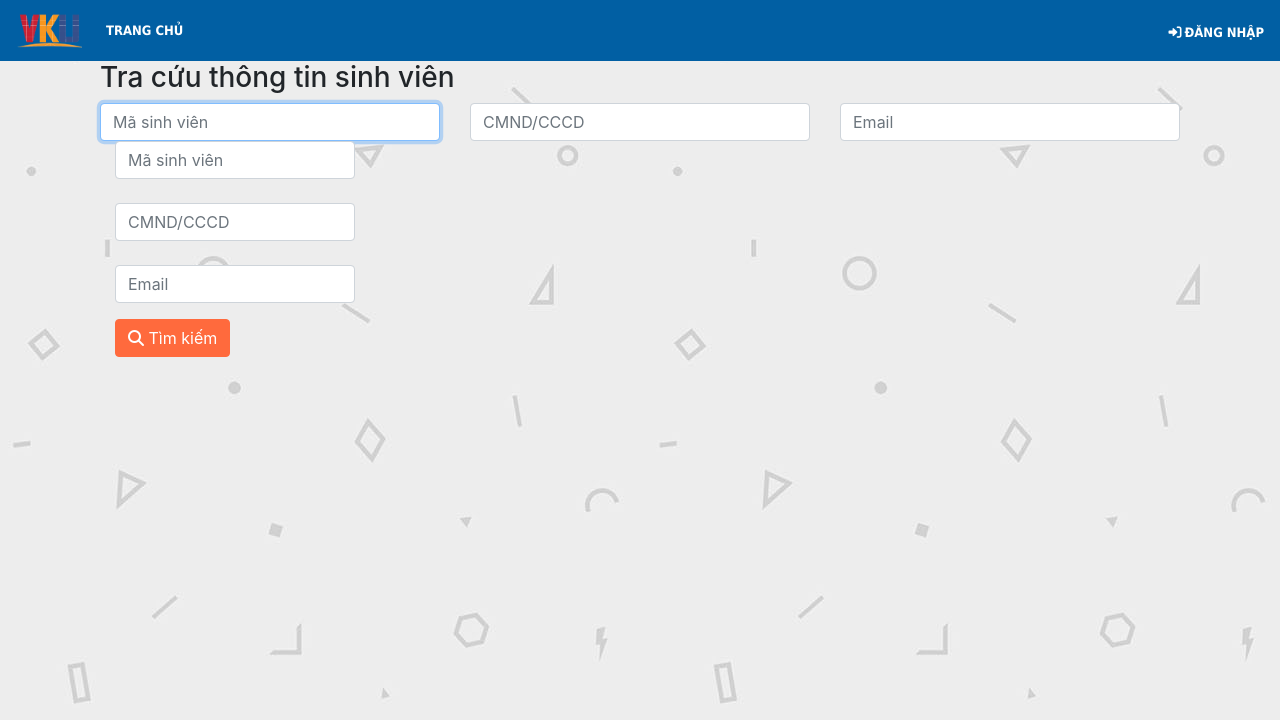
Repository: nguyenmanhtruongdat/javaServletFinalEx
Page: http://localhost/test/editInfor.jsp
These files come from the project's save history. The page is drawn as it stood at one moment and after the next save; the edit follows.
The browser window is 1280 px wide. The pictures show the whole page.
Some web libraries are served in a nearby version. The page is served by Tomcat 9.

Above is the page before, as saved 2022-07-06 15:01:38.
Console error: TypeError: $(...).datepicker is not a function

After the next save:
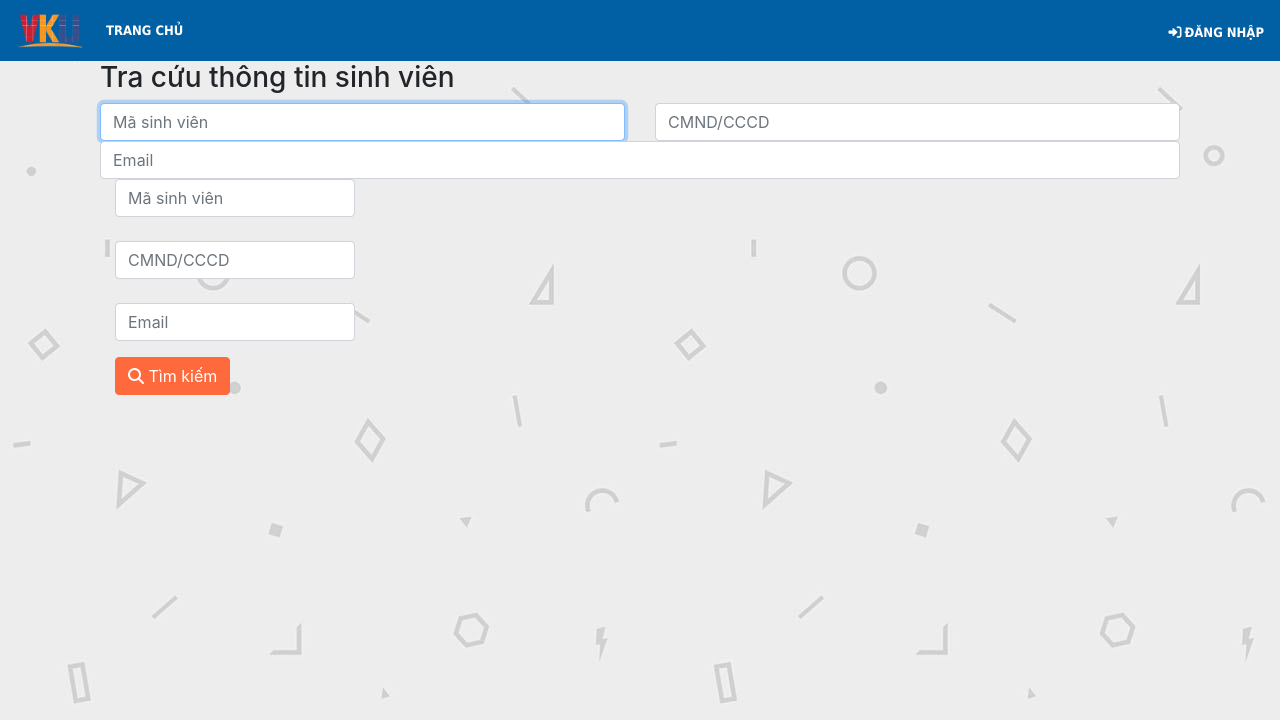
Saved 23 s later.
--- a/vku/ktx/test/src/main/webapp/editInfor.jsp
+++ b/vku/ktx/test/src/main/webapp/editInfor.jsp
@@ -175,7 +175,9 @@
 										placeholder="CMND/CCCD" autocomplete="off"
 										required="required" autofocus="1" type="text">
 					    </div>
-					    <div class="col">
+					  </div>
+					  <div class="row">
+					  					    <div class="col">
 					      <input class="form-control" name="email" id="email"
 										placeholder="Email" autocomplete="off"
 										required="required" autofocus="1" type="text">

After the save that followed:
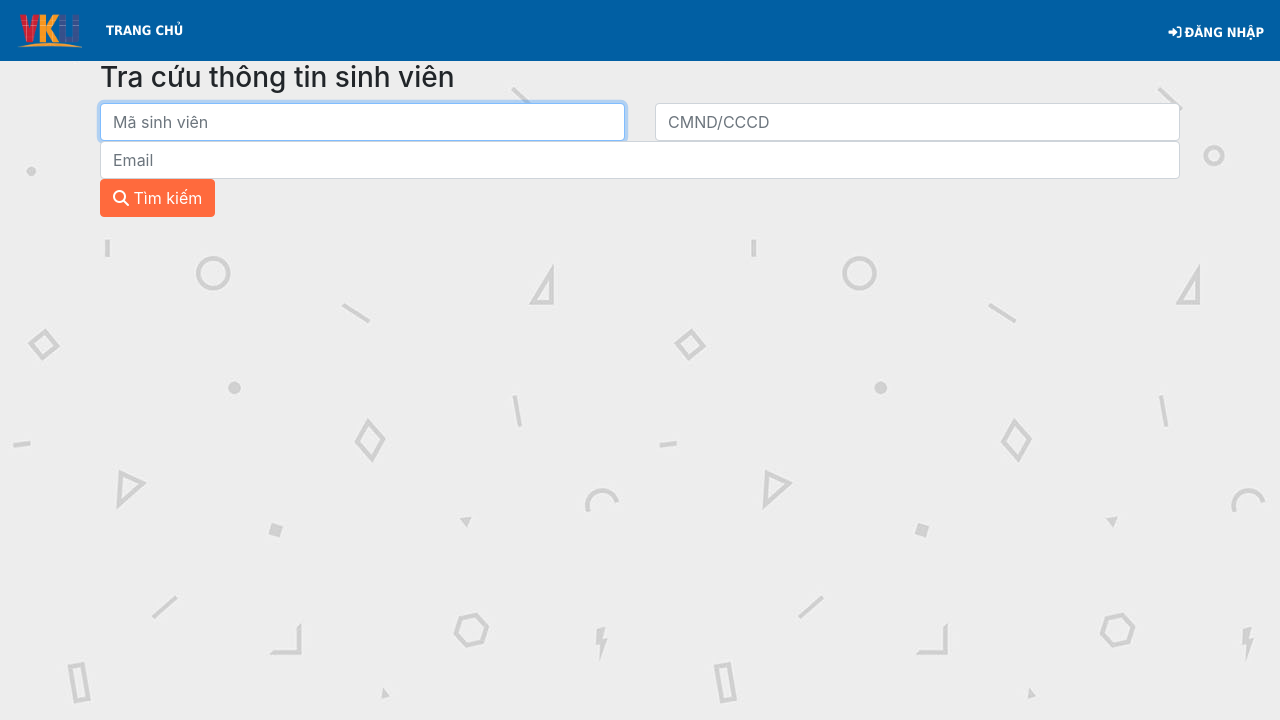
Saved 12 s later.
--- a/vku/ktx/test/src/main/webapp/editInfor.jsp
+++ b/vku/ktx/test/src/main/webapp/editInfor.jsp
@@ -184,28 +184,9 @@
 					    </div>
 					  </div>
 
-							<div class="form-group">
-								<div class="col-xs-11 col-sm-4 col-md-4 col-lg-3">
-									<input class="form-control" name="masv" id="masv"
-										placeholder="Mã sinh viên" autocomplete="off"
-										required="required" autofocus="1" type="text">
-								</div>
-							<br>
-								<div class="col-xs-11 col-sm-4 col-md-4 col-lg-3">
-									<input class="form-control" name="cmnd" id="cmnd"
-										placeholder="CMND/CCCD" autocomplete="off"
-										required="required" autofocus="1" type="text">
-							</div>
-							<br>
-
-							<div class="col-xs-11 col-sm-4 col-md-4 col-lg-3">
-									<input class="form-control" name="email" id="email"
-										placeholder="Email" autocomplete="off"
-										required="required" autofocus="1" type="text">
-							</div>
-							</div>
-
-							<div class="form-group">
+
+
+							<div class="row">
 								<div class="col-xs-11 col-sm-4 col-md-4 col-lg-3">
 									<button class="btn btn-primary" id="search">
 										<i class="fa-solid fa-magnifying-glass"></i> Tìm kiếm
